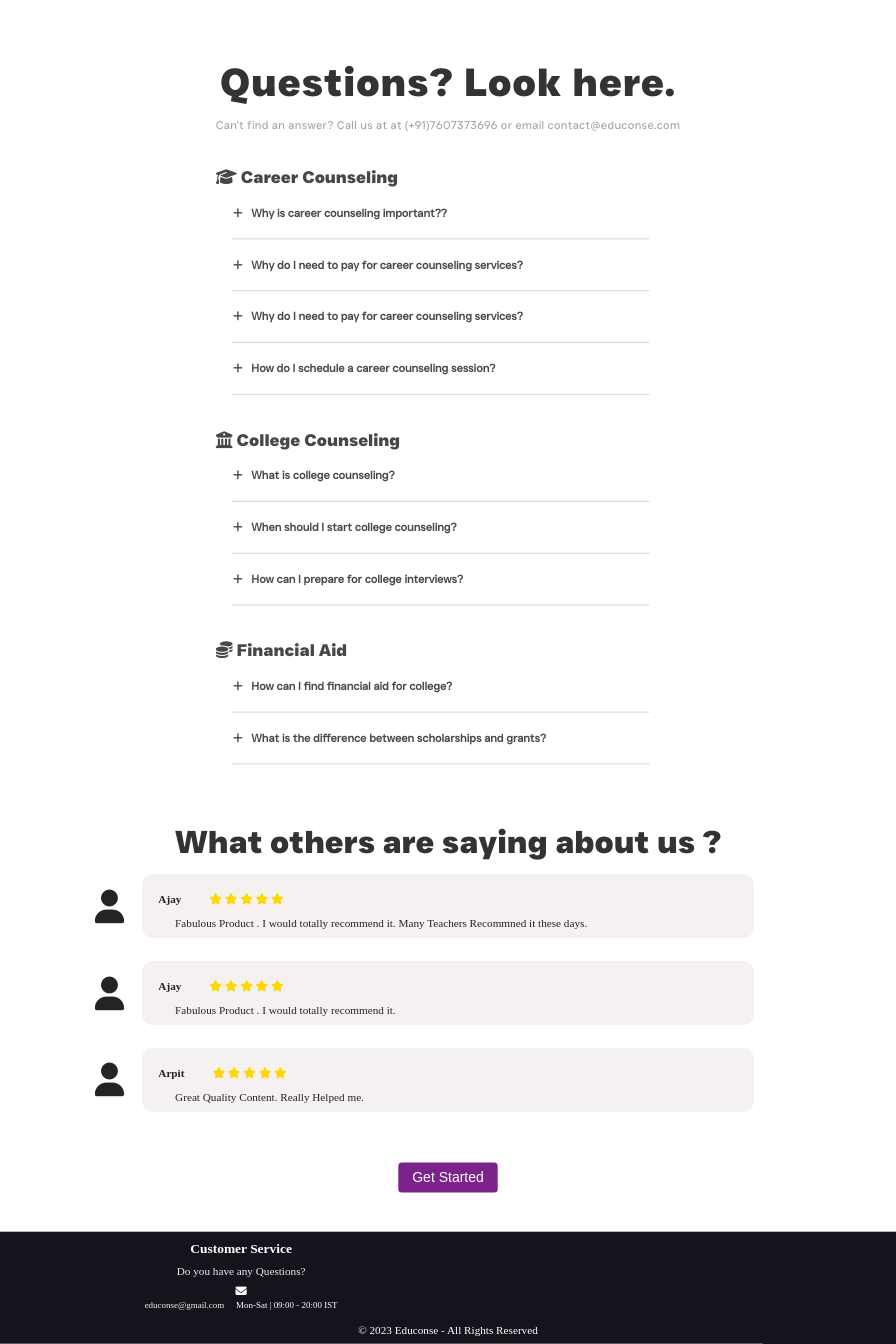
Repository: devajay07/educonse
Page: index.html
These files come from the project's save history. The page is drawn as it stood at one moment and after the next save; the edit follows.
The browser window is 1280 px wide. The pictures show the part of the page from y = 751 to 2671 px (the page is 2671 px tall before and 2651 px after), at 70% of full size.

Above is the page before, as saved 2023-10-15 01:00:24.

### index.html
<!DOCTYPE html>
<html lang="en">
  <head>
    <meta charset="UTF-8" />
    <meta name="viewport" content="width=device-width, initial-scale=1.0" />
    <link rel="stylesheet" href="/css/index.css" />
    <link
      rel="stylesheet"
      href="https://cdnjs.cloudflare.com/ajax/libs/font-awesome/6.4.2/css/all.min.css"
    />
    <title>Educonse - Career Counseling</title>
  </head>
  <body>
    <nav>
      <div class="nav-container">
        <div class="nav-item">BLOGS</div>
        <div class="nav-item">RESOURCES</div>
        <div class="brand">Educonse</div>
        <div class="nav-item">SUPPORT</div>
        <div class="nav-item">ABOUT US</div>
      </div>
    </nav>

    <main>
      <div class="counselling-block">
        <section id="career-counseling">
          <div class="career-counselling">
            <div class="card">Career Counseling</div>
          </div>
        </section>

        <section id="college-counseling">
          <div class="college-container">
            <div class="card">College Counseling</div>
          </div>
        </section>
      </div>
      <div class="line-break"></div>
      <section id="financial-aid">
        <div class="container">
          <div class="card">Financial Aid</div>
        </div>
      </section>

      <section id="faqs">
        <div class="faqs-container">
          <h2 class="heading">Questions? Look here.</h2>
          <p class="tag">
            Can't find an answer? Call us at at (+91)7607373696 or email
            contact@educonse.com
          </p>
          <ul class="faq-list">
            <div class="category-quesn">
              <h1>
                <i class="fa-solid fa-graduation-cap"></i> Career Counseling
              </h1>
              <li>
                <button class="question">
                  <i class="fa-solid fa-plus fa-bounce"></i> &#160; Why is
                  career counseling important??
                </button>
                <div class="answer">
                  Career counseling helps individuals explore career options,
                  set goals, and make choices that align with their interests
                  and skills.
                </div>
                <hr />
              </li>
              <li>
                <button class="question">
                  <i class="fa-solid fa-plus fa-bounce"></i> &#160; Why do I
                  need to pay for career counseling services?
                </button>
                <div class="answer">
                  Some career counseling services are free, while others may
                  have fees. It depends on the provider and the level of
                  service.
                </div>
                <hr />
              </li>
              <li>
                <button class="question">
                  <i class="fa-solid fa-plus fa-bounce"></i> &#160; Why do I
                  need to pay for career counseling services?
                </button>
                <div class="answer">
                  Some career counseling services are free, while others may
                  have fees. It depends on the provider and the level of
                  service.
                </div>
                <hr />
              </li>
              <li>
                <button class="question">
                  <i class="fa-solid fa-plus fa-bounce"></i> &#160; How do I
                  schedule a career counseling session?
                </button>
                <div class="answer">
                  You can typically schedule a career counseling session by
                  contacting a counseling center or a career counselor directly.
                </div>
                <hr />
              </li>
            </div>
            <div class="category-quesn">
              <h1>
                <i class="fa-solid fa-building-columns"></i> College Counseling
              </h1>
              <li>
                <button class="question">
                  <i class="fa-solid fa-plus fa-bounce"></i> &#160; What is
                  college counseling?
                </button>
                <div class="answer">
                  College counseling is a service that assists students in the
                  college application process, including choosing schools,
                  preparing applications, and financial aid.
                </div>
                <hr />
              </li>
              <li>
                <button class="question">
                  <i class="fa-solid fa-plus fa-bounce"></i> &#160; When should
                  I start college counseling?
                </button>
                <div class="answer">
                  College counseling can begin as early as high school, but it's
                  most common during the junior and senior years to prepare for
                  college applications.
                </div>
                <hr />
              </li>
              <li>
                <button class="question">
                  <i class="fa-solid fa-plus fa-bounce"></i> &#160; How can I
                  prepare for college interviews?
                </button>
                <div class="answer">
                  Practice answering common interview questions, research the
                  college, and dress professionally for the interview.
                </div>
                <hr />
              </li>
            </div>
            <div class="category-quesn">
              <h1><i class="fa-solid fa-coins"></i> Financial Aid</h1>
              <li>
                <button class="question">
                  <i class="fa-solid fa-plus fa-bounce"></i> &#160; How can I
                  find financial aid for college?
                </button>

                <div class="answer">
                  Financial aid options include scholarships, grants, loans, and
                  work-study programs. Start by completing the FAFSA to
                  determine your eligibility.
                </div>
                <hr />
              </li>
              <li>
                <button class="question">
                  <i class="fa-solid fa-plus fa-bounce"></i> &#160; What is the
                  difference between scholarships and grants?
                </button>

                <div class="answer">
                  Scholarships are typically merit-based and awarded for
                  academic achievements or specific talents. Grants, on the
                  other hand, are need-based and provided to students based on
                  their financial circumstances. Both can help offset the cost
                  of education.
                </div>
                <hr />
              </li>
            </div>
          </ul>
        </div>
      </section>

      <section id="reviews" class="reviews">
        <div class="heading">
          <h2>What others are saying about us ?</h2>
        </div>
        <div class="review">
          <div class="icon"><i class="fa-solid fa-user"></i></div>
          <div class="pfp">
            <div class="name">
              <div class="user-name">Ajay</div>
              <div class="rating">
                <i class="fa-solid fa-star"></i>
                <i class="fa-solid fa-star"></i>
                <i class="fa-solid fa-star"></i>
                <i class="fa-solid fa-star"></i>
                <i class="fa-solid fa-star"></i>
              </div>
            </div>
            <div class="desc">
              Fabulous Product . I would totally recommend it. Many Teachers
              Recommned it these days.
            </div>
          </div>
        </div>
        <div class="review">
          <div class="icon"><i class="fa-solid fa-user"></i></div>
          <div class="pfp">
            <div class="name">
              <div class="user-name">Ajay</div>
              <div class="rating">
                <i class="fa-solid fa-star"></i>
                <i class="fa-solid fa-star"></i>
                <i class="fa-solid fa-star"></i>
                <i class="fa-solid fa-star"></i>
                <i class="fa-solid fa-star"></i>
              </div>
            </div>
            <div class="desc">
              Fabulous Product . I would totally recommend it.
            </div>
          </div>
        </div>

        <div class="review">
          <div class="icon"><i class="fa-solid fa-user"></i></div>
          <div class="pfp">
            <div class="name">
              <div class="user-name">Arpit</div>
              <div class="rating">
                <i class="fa-solid fa-star"></i>
                <i class="fa-solid fa-star"></i>
                <i class="fa-solid fa-star"></i>
                <i class="fa-solid fa-star"></i>
                <i class="fa-solid fa-star"></i>
              </div>
            </div>
            <div class="desc">Great Quality Content. Really Helped me.</div>
          </div>
        </div>
      </section>
    </main>

    <section id="cta">
      <div class="container">
        <button class="cta-button">Get Started</button>
      </div>
    </section>

    <footer>
      <div class="footer-1">
        <div class="customer-service">
          <div class="">
            <h1>Customer Service</h1>
            <p>Do you have any Questions?</p>
          </div>
          <div class="mail">
            <i class="fa fa-envelope" aria-hidden="true"></i>
            <br />
            <a
              href="
https://mail.google.com/mail/?view=cm&fs=1&tf=1&to=educonse@gmail.com
"
            >
              <span>educonse@gmail.com</span> </a
            ><span>Mon-Sat | 09:00 - 20:00 IST </span>
          </div>
        </div>
        <div class="legal"></div>
        <div class="reach-us"></div>
        <div class="other-services"></div>
      </div>
      <div class="footer-2">&copy; 2023 Educonse - All Rights Reserved</div>
    </footer>

    <script src="./index.js"></script>
  </body>
</html>

### css/index.css
* {
  padding: 0;
  margin: 0;
  box-sizing: border-box;
}

@font-face {
  font-family: "brand-bold";
  src: url("/fonts/brand-bold.otf") format("opentype");
  font-weight: normal;
  font-style: normal;
}
@font-face {
  font-family: "brand-reg";
  src: url("/fonts/brand-regular.otf") format("opentype");
  font-weight: normal;
  font-style: normal;
}

:root {
  --brand-color: hsla(291, 60%, 34%, 1);
  --hookers-green: hsla(174, 17%, 46%, 1);
  --white: hsla(0, 0%, 100%, 1);
  --poppy: hsla(356, 74%, 52%, 1);
  --black: hsla(60, 1%, 14%, 1);
  --beige: #f5f5dc;

  --brand-bold: "brand-bold", sans-serif;
  --brand-reg: "brand-reg", sans-serif;
  --universal-margin: 1rem 8rem;
  --section-margin: 1rem;
  --footer-bg: rgb(20, 21, 28);
}

body {
  background-color: white;
  color: #333; /* A light version of black */
}

.card {
  color: white;
  padding: 20px;
  border-radius: 5px;
  text-align: center;
  font-size: 24px;
}

section#cta {
  text-align: center;
  padding: 40px 0;
}

.cta-button {
  background-color: white;
  color: var(--brand-color);
  font-size: 20px;
  padding: 10px 20px;
  border: none;
  border-radius: 5px;
  cursor: pointer;
}

footer {
  background-color: var(--footer-bg);
  color: white;
  text-align: center;
  padding: 10px 0;
}

.counselling-block {
  display: flex;
  margin: var(--section-margin);
  justify-content: center;
}

section {
  margin: var(--section-margin);
}

.counselling-block > section {
  width: 35%;
  height: 500px;
  background-color: var(--beige);
  border-radius: 4px;
  margin: calc(4 * var(--section-margin));
}

.counselling-block .card {
  font: var(--brand-font);
  font-size: 32px;
  color: var(--white);
  background-color: var(--brand-color);
}

.counselling-block .card.card:hover {
  background-color: rgb(103, 30, 145);
  border: 2px 2px white;
}

.cta-button {
  background-color: var(--brand-color);
  color: var(--white);
}

#faqs {
  display: flex;
  justify-content: center;
}

.faqs-container {
  text-align: center;
}

.faqs-container .heading {
  font-size: 3.5rem;
  font-family: var(--brand-bold);
  letter-spacing: 0.07rem;
  margin-bottom: 1rem;
}
.faqs-container .tag {
  color: rgb(159, 159, 159);
  opacity: 1;
  letter-spacing: 0.03rem;
  font-family: var(--brand-reg);
  margin-bottom: 3rem;
}
.faq-list {
  list-style: none;
  padding: 0;
  margin-bottom: 3rem;
}

.question {
  background: none;
  border: none;
  text-align: left;
  cursor: url("/images/cursor.png"), pointer;
  padding: 10px 25px;
  width: 100%;
  font-family: var(--brand-reg);
  font-weight: bold;
  font-size: 1rem;
  opacity: 0.8;
}
.category-quesn {
  margin-bottom: 2rem;
  opacity: 0.9;
}
.category-quesn h1 {
  text-align: start;
  font-family: var(--brand-bold);
  font-weight: bolder;
  margin-bottom: 1rem;
}
.category-quesn li {
  /* padding: 10px 20px; */
  display: flex;
  gap: 1rem;
  flex-direction: column;
  align-items: start;
  justify-content: center;
}
.category-quesn li :hover {
  background-color: #f0f0ea;
}
hr {
  height: 1px;
  background-color: grey;
  width: 90%;
  margin-left: 23px;
  border-radius: 10px;
  opacity: 0.6;
  margin-bottom: 1rem;
}
.answer {
  display: none;
  border: none;
  text-align: left;
  width: 650px;
  padding: 10px;
  padding: 10px 25px;
  font-family: var(--brand-reg);
  font-weight: bold;
  font-size: 1rem;
  opacity: 0.8;
}

#reviews {
  display: flex;
  flex-direction: column;
  align-items: center;
}

#reviews .heading {
  font-size: 1.88rem;
  font-family: var(--brand-bold);
}

.review {
  width: 70%;
  display: flex;
  position: relative;
  color: var(--black);
  background-color: rgb(245, 241, 241);
  padding: 0.75rem;
  margin: 1rem;
  border-radius: 1rem;
}

.review .icon {
  width: 10%;
  position: relative;
}
.review .icon i {
  font-size: 3rem;

  transform-origin: left center;
  transform: translate(-80px, 10px);
}
.review .pfp {
  display: flex;
  position: relative;
  left: -50px;
  flex-direction: column;
}

.review .pfp .name {
  display: flex;
  padding: 0.5rem;
  margin: 0.5rem;
}

.review .pfp .name .rating {
  color: gold;
}
.review .pfp .name .user-name {
  font-weight: bold;
  position: relative;
  left: -40px;
}

/* footer */

footer {
  display: flex;
  flex-direction: column;
}
.footer-1 {
  display: flex;
  justify-content: space-evenly;
}
.footer-1 .customer-service > div {
  padding: 0.2rem;
}
.footer-1 h1 {
  font-size: 1.2rem;
  font-family: var(--brand-font);
  margin-bottom: 0.5rem;
}
.footer-1 p {
  font-size: 1rem;
  color: #f0e8e8;
  padding: 0.3rem;
}
.footer-1 {
  padding-bottom: 1rem;
}

.footer-1 span {
  font-size: 0.8rem;
  margin: 0.4rem;
}

.footer-1 a {
  color: #f0f0ea;
  text-decoration: none;
}
.footer-1 .reach-us {
  display: flex;
  align-items: center;
  flex-direction: column;
}

.text {
  color: white;
  font-size: 20px;
  position: absolute;
  top: 50%;
  left: 50%;
  transform: translate(-50%, -50%);
  -ms-transform: translate(-50%, -50%);
  white-space: nowrap;
}

@charset "UTF-8";

.svg-inline--fa {
  vertical-align: -0.2em;
}

.rounded-social-buttons {
  text-align: center;
}

.rounded-social-buttons .social-button {
  display: inline-block;
  position: relative;
  cursor: pointer;
  width: 3.125rem;
  height: 3.125rem;
  border: 0.125rem solid transparent;
  padding: 0;
  text-decoration: none;
  text-align: center;
  color: #fefefe;
  font-size: 1.5625rem;
  font-weight: normal;
  line-height: 2em;
  border-radius: 1.6875rem;
  transition: all 0.5s ease;
  margin-right: 0.25rem;
  margin-bottom: 0.25rem;
}

.rounded-social-buttons .social-button:hover,
.rounded-social-buttons .social-button:focus {
  -webkit-transform: rotate(360deg);
  -ms-transform: rotate(360deg);
  transform: rotate(360deg);
}

.rounded-social-buttons .fa-twitter,
.fa-facebook-f,
.fa-linkedin,
.fa-youtube,
.fa-instagram {
  font-size: 25px;
}

.rounded-social-buttons .social-button.facebook {
  background: #3b5998;
}

.rounded-social-buttons .social-button.facebook:hover,
.rounded-social-buttons .social-button.facebook:focus {
  color: #3b5998;
  background: #fefefe;
  border-color: #3b5998;
}

.rounded-social-buttons .social-button.twitter {
  background: #55acee;
}

.rounded-social-buttons .social-button.twitter:hover,
.rounded-social-buttons .social-button.twitter:focus {
  color: #55acee;
  background: #fefefe;
  border-color: #55acee;
}

.rounded-social-buttons .social-button.linkedin {
  background: #007bb5;
}

.rounded-social-buttons .social-button.linkedin:hover,
.rounded-social-buttons .social-button.linkedin:focus {
  color: #007bb5;
  background: #fefefe;
  border-color: #007bb5;
}

.rounded-social-buttons .social-button.youtube {
  background: #bb0000;
}

.rounded-social-buttons .social-button.youtube:hover,
.rounded-social-buttons .social-button.youtube:focus {
  color: #bb0000;
  background: #fefefe;
  border-color: #bb0000;
}

.rounded-social-buttons .social-button.instagram {
  background: #125688;
}

.rounded-social-buttons .social-button.instagram:hover,
.rounded-social-buttons .social-button.instagram:focus {
  color: #125688;
  background: #fefefe;
  border-color: #125688;
}

### index.js
document.addEventListener("DOMContentLoaded", function () {
  const questions = document.querySelectorAll(".question");

  questions.forEach((question) => {
    question.addEventListener("click", () => {
      const answer = question.nextElementSibling; // Get the next sibling
      if (answer.style.display === "block" || answer.style.display === "") {
        answer.style.display = "none";
      } else {
        answer.style.display = "block";
      }
    });
  });
});

After the next save:
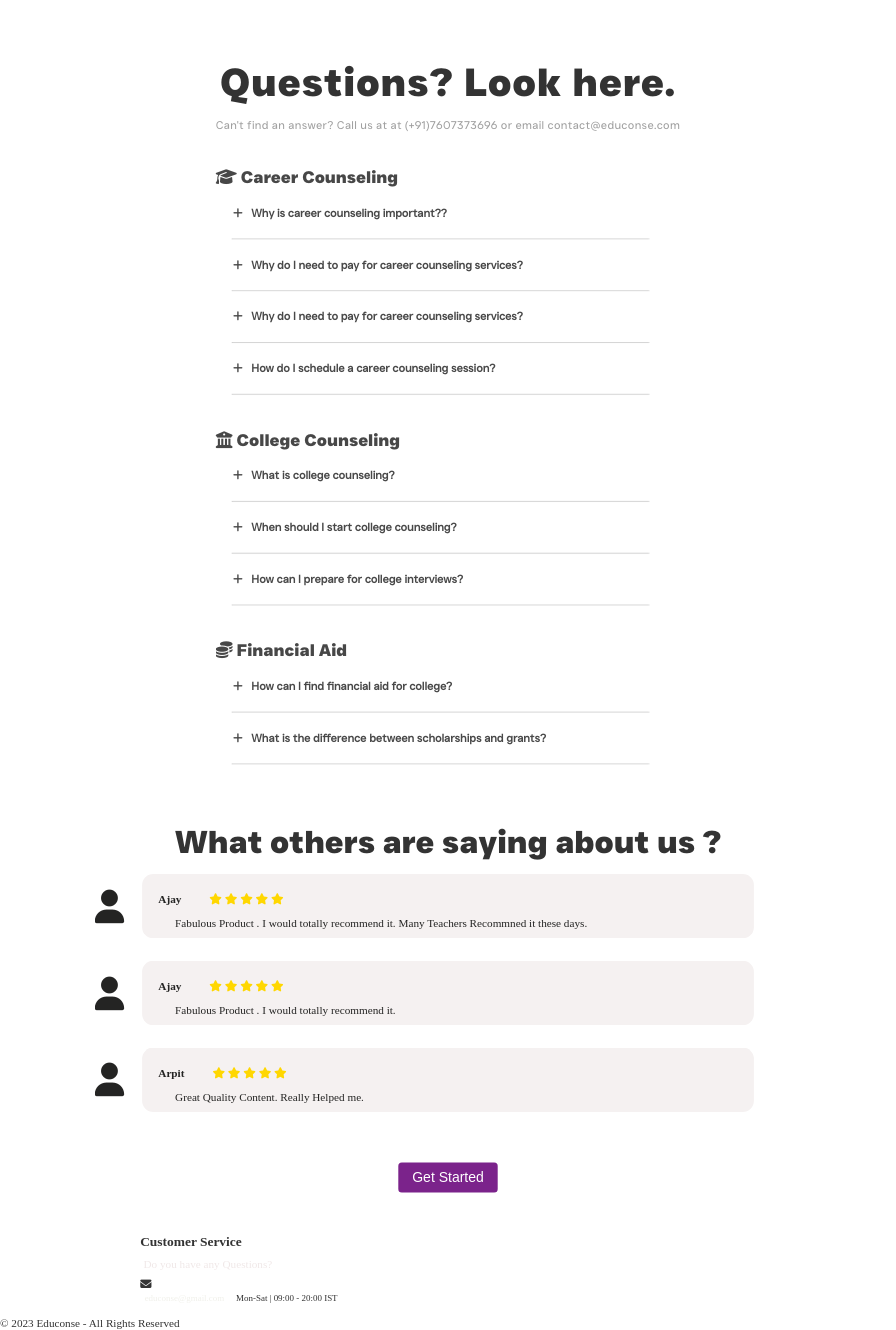
Saved 7 s later.
--- a/css/index.css
+++ b/css/index.css
@@ -60,12 +60,6 @@ section#cta {
   cursor: pointer;
 }
 
-footer {
-  background-color: var(--footer-bg);
-  color: white;
-  text-align: center;
-  padding: 10px 0;
-}
 
 .counselling-block {
   display: flex;
